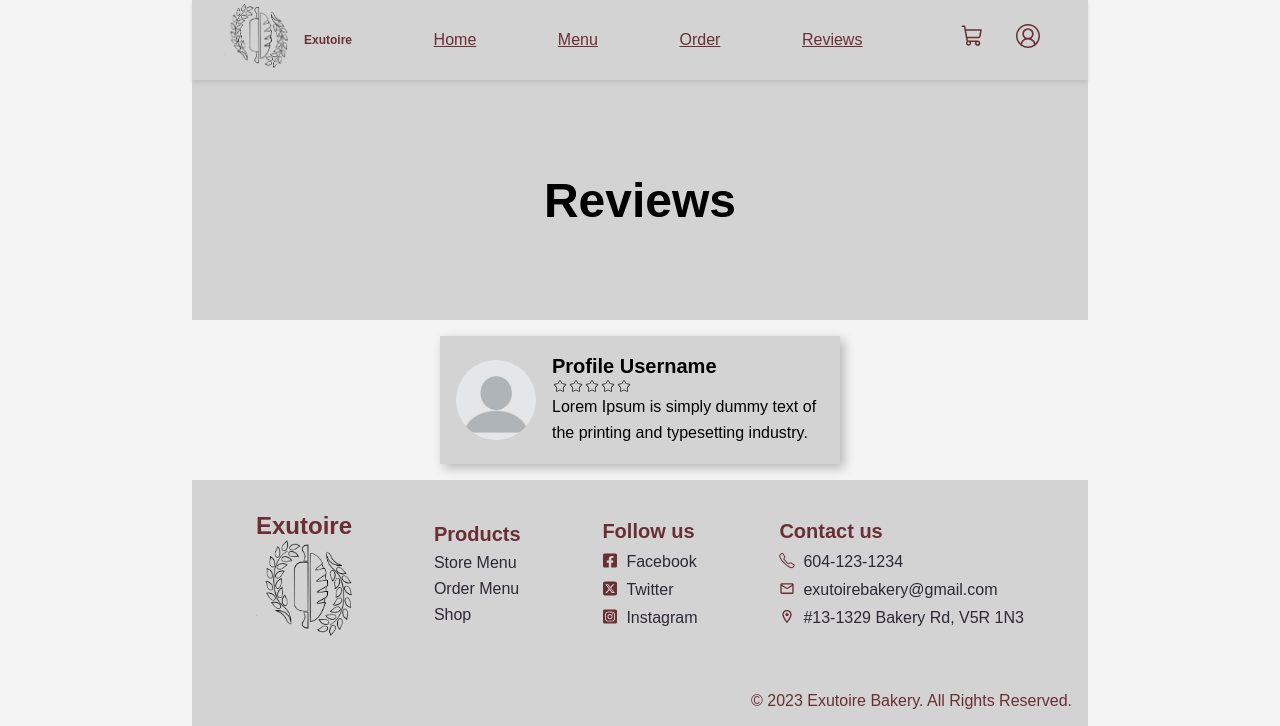
Repository: MelissaJacobi/COMP3170-final-proj
Page: /Reviews
These files come from the project's save history. The page is drawn as it stood at one moment and after the next save; the edit follows.
The browser window is 1280 px wide. The pictures show the whole page.
The project was rebuilt for these pictures with package versions that can differ from the ones it lists, and the page was loaded fresh each time. Also part of the build but not shown: vite.config.js, src/pages/ShoppingCart.module.css, src/components/ShoppingCartCard.module.css, src/components/ShoppingCartCard.jsx, src/components/OrderTotal.jsx, src/pages/ShoppingCart.jsx, src/pages/Profile.module.css, src/pages/Profile.jsx and 32 more.

Above is the page before, as saved 2024-10-19 19:17:33.

After the next save:
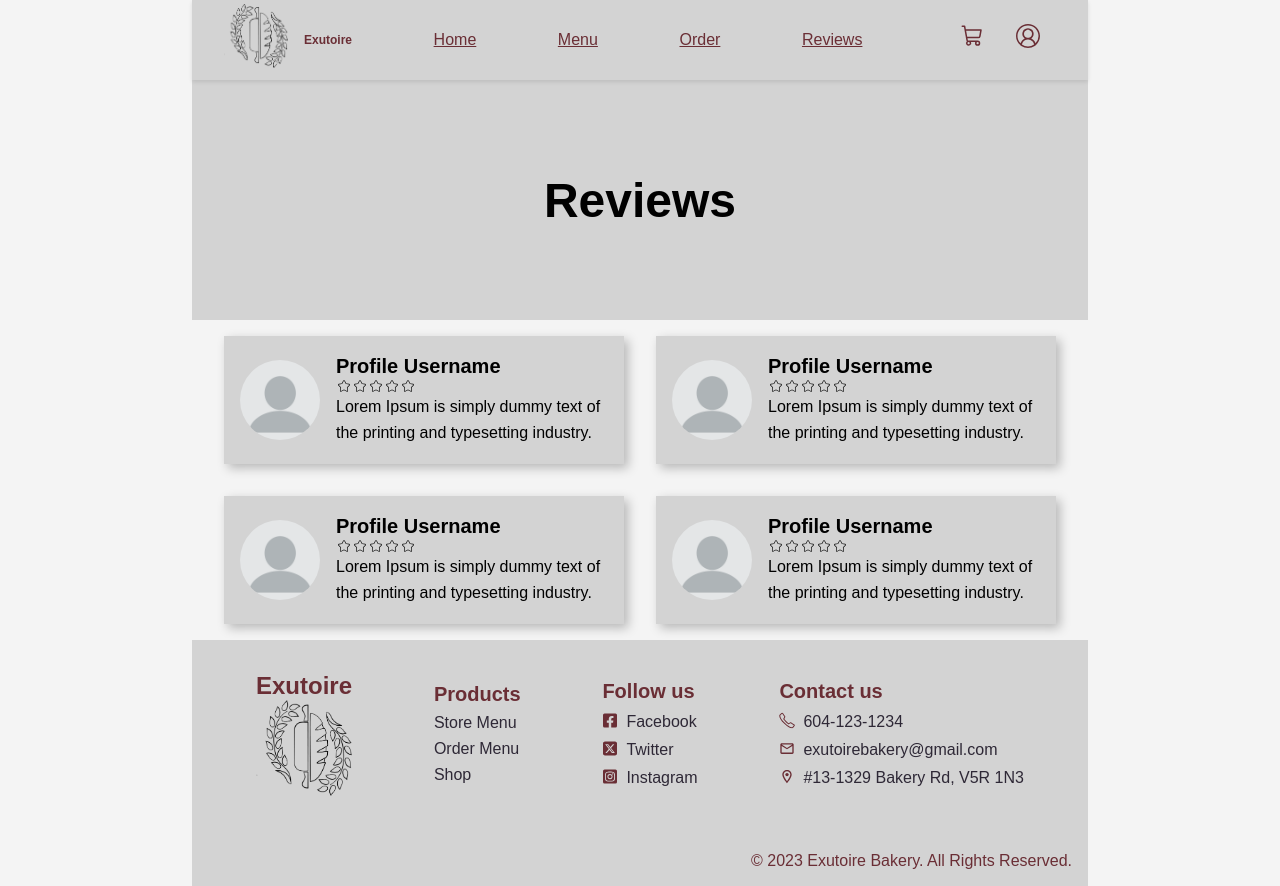
Saved 16 s later.
--- a/src/pages/reviews.jsx
+++ b/src/pages/reviews.jsx
@@ -9,6 +9,9 @@ export default function Reviews() {
         </div>
         <div className={styles.reviews}>
             <Review />
+            <Review />
+            <Review />
+            <Review />
         </div>
 
       </div>
